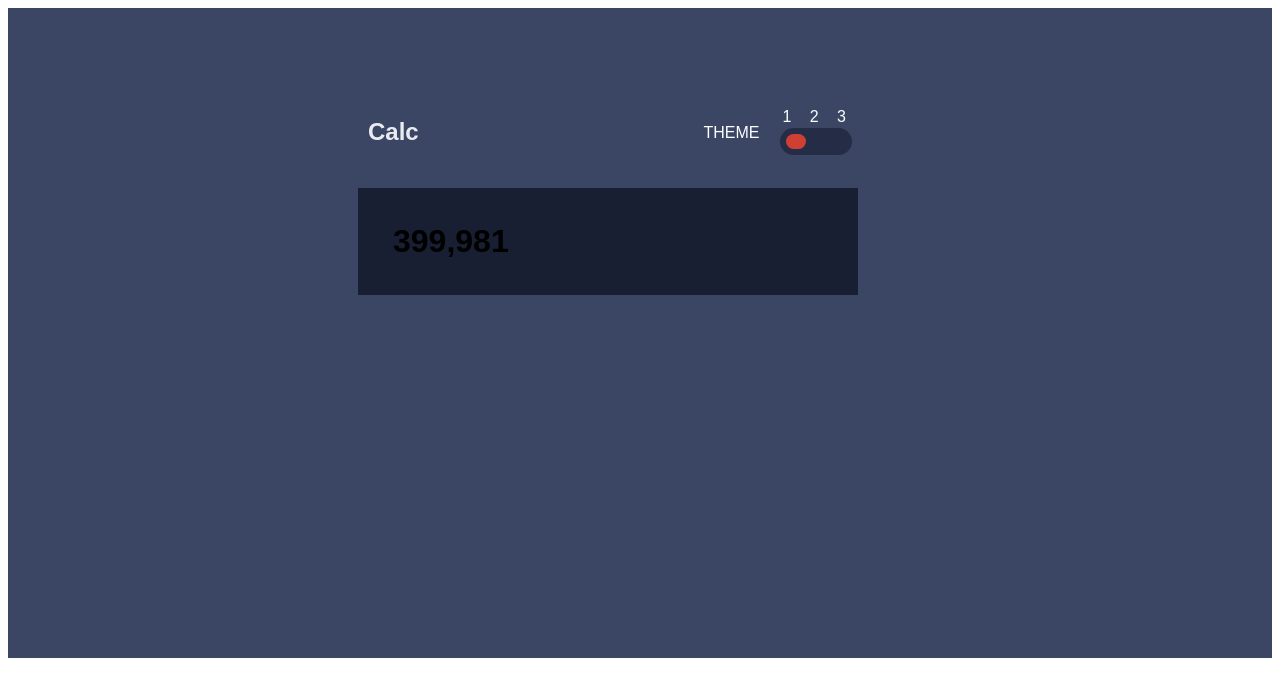
Repository: Bakyproit/Calcutor
Page: SimpleCalculatorApp.html
These files come from the project's save history. The page is drawn as it stood at one moment and after the next save; the edit follows.
The browser window is 1280 px wide. The pictures show the whole page.

Above is the page before, as saved 2022-02-09 16:08:18.

### SimpleCalculatorApp.html
<!DOCTYPE html>
<html lang="en">
<head>
    <meta charset="UTF-8">
    <meta http-equiv="X-UA-Compatible" content="IE=edge">
    <meta name="viewport" content="width=device-width, initial-scale=1.0">
    <title>SimpleCalculatorApp</title>
    <link rel="stylesheet" href="asset/App.css">
    <link rel="stylesheet" href="asset/grid.css">
</head>
<body>
    <div class="container">
        <div class="app">
            <div class="app__title">
                <h1 class="app__title-name">Calc</h1>
                <div class="app__title-theme">
                    <p class="app__title-theme-name">THEME</p>
                    <div class="app__title-theme-box">
                        <div class="app__title-theme-box-number">
                            <span class="app__title-theme-box-number-1">1</span>
                            <span class="app__title-theme-box-number-2">2</span>
                            <span class="app__title-theme-box-number-3">3</span>
                        </div>
                        <div class="app__title-theme-box-toggle">
                            <label for="toggle-input" class="toggle">
                                <input type="checkbox" id="toggle-input" class="toggle__checkbox">
                                <div class="toggle__bar">
                                    <div class="toggle__spin"></div>
                                </div>
                            </label>
                        </div>
                    </div>
                </div>
            </div>

            <div class="app__content">
                <h1 class="app__content-number">399,981</h1>
            </div>
        </div>
    </div>
</body>
</html>

### asset/App.css
html{
    font-family:Arial, Helvetica, sans-serif ;
    box-sizing: border-box;
    padding: 0 ;
    margin: 0;
}
h1{
    margin: 0;
}

.container{
    height: 650px;
    width: 100%;
    background-color: #3b4664;
    position: relative;
}
.app{
    width: 500px;
    position:absolute ;
    top:100px ;
    left:350px;

}
.app__title{
    display: flex;
    justify-content:space-between;

}
.app__title-name{
    color : #e9ebf0 ;
    font-size: 24px;
    padding: 10px;
}
.app__title-theme{
    display: flex;
}
.app__title-theme-name{
    color :20px ;
    color:#fcfeff ;
    margin-right: 16px;
}
.app__title-theme-box{
    display: flex;
    flex-direction: column;
    padding-right: 5px;
}
.app__title-theme-box-number{
    color : #f8ffff ;
}
.app__title-theme-box-number-1{
    padding: 0 7px;
}
.app__title-theme-box-number-2{
    padding: 0 7px;

}
.app__title-theme-box-number-3{
    padding: 0 7px;

}
.app__title-theme-box-toggle{
    padding-top: 2px;
    padding-left: 5px;
}
.toggle__checkbox{
    display: none;
}
.toggle__bar{
    width: 60px;
    height: 15px;
    background-color: #252c46;
    border-radius: 5rem;
    /* transition: background-color 4s linear; */
    padding: 6px;
}
.toggle__spin{
    width: 20px;
    height: 15px;
    background-color: #cf3f34;
    border-radius: 3rem;
    transition: transform .3s linear;
}
.toggle__checkbox:checked ~ .toggle__bar{
    background-color: #a2aac6;
}
.toggle__checkbox:checked + .toggle__bar .toggle__spin {
    transform: translateX(2.5rem);
}


.app__content{
    background-color: #181f32;
    margin:30px 0;
}
.app__content-number{
    padding: 35px  35px ;
}

### asset/grid.css
.grid {
    width: 100%;
    display: block;
    padding: 0;

}

.grid.wide {
    max-width: 1200px;
    margin: 0 auto;
}

.row {
    display: flex;
    flex-wrap: wrap;
    margin-left: -4px;
    margin-right: -4px;
}

.row.no-gutters {
    margin-left: 0;
    margin-right: 0;
}

.col {
    padding-left: 4px;
    padding-right: 4px;
}

.row.no-gutters .col {
    padding-left: 0;
    padding-right: 0;
}

.c-0 {
    display: none;
}

.c-1 {
    flex: 0 0 8.33333%;
    max-width: 8.33333%;
}

.c-2 {
    flex: 0 0 16.66667%;
    max-width: 16.66667%;
}

.c-3 {
    flex: 0 0 25%;
    max-width: 25%;
}

.c-4 {
    flex: 0 0 33.33333%;
    max-width: 33.33333%;
}

.c-5 {
    flex: 0 0 41.66667%;
    max-width: 41.66667%;
}

.c-6 {
    flex: 0 0 50%;
    max-width: 50%;
}

.c-7 {
    flex: 0 0 58.33333%;
    max-width: 58.33333%;
}

.c-8 {
    flex: 0 0 66.66667%;
    max-width: 66.66667%;
}

.c-9 {
    flex: 0 0 75%;
    max-width: 75%;
}

.c-10 {
    flex: 0 0 83.33333%;
    max-width: 83.33333%;
}

.c-11 {
    flex: 0 0 91.66667%;
    max-width: 91.66667%;
}

.c-12 {
    flex: 0 0 100%;
    max-width: 100%;
}

.c-o-1 {
    margin-left: 8.33333%;
}

.c-o-2 {
    margin-left: 16.66667%;
}

.c-o-3 {
    margin-left: 25%;
}

.c-o-4 {
    margin-left: 33.33333%;
}

.c-o-5 {
    margin-left: 41.66667%;
}

.c-o-6 {
    margin-left: 50%;
}

.c-o-7 {
    margin-left: 58.33333%;
}

.c-o-8 {
    margin-left: 66.66667%;
}

.c-o-9 {
    margin-left: 75%;
}

.c-o-10 {
    margin-left: 83.33333%;
}

.c-o-11 {
    margin-left: 91.66667%;
}

/* >= Tablet */
@media (min-width: 740px) {
    .row {
        margin-left: -8px;
        margin-right: -8px;
    }

    .col {
        padding-left: 8px;
        padding-right: 8px;
    }

    .m-0 {
        display: none;
    }

    .m-1,
    .m-2,
    .m-3,
    .m-4,
    .m-5,
    .m-6,
    .m-7,
    .m-8,
    .m-9,
    .m-10,
    .m-11,
    .m-12 {
        display: block;
    }

    .m-1 {
        flex: 0 0 8.33333%;
        max-width: 8.33333%;
    }

    .m-2 {
        flex: 0 0 16.66667%;
        max-width: 16.66667%;
    }

    .m-3 {
        flex: 0 0 25%;
        max-width: 25%;
    }

    .m-4 {
        flex: 0 0 33.33333%;
        max-width: 33.33333%;
    }

    .m-5 {
        flex: 0 0 41.66667%;
        max-width: 41.66667%;
    }

    .m-6 {
        flex: 0 0 50%;
        max-width: 50%;
    }

    .m-7 {
        flex: 0 0 58.33333%;
        max-width: 58.33333%;
    }

    .m-8 {
        flex: 0 0 66.66667%;
        max-width: 66.66667%;
    }

    .m-9 {
        flex: 0 0 75%;
        max-width: 75%;
    }

    .m-10 {
        flex: 0 0 83.33333%;
        max-width: 83.33333%;
    }

    .m-11 {
        flex: 0 0 91.66667%;
        max-width: 91.66667%;
    }

    .m-12 {
        flex: 0 0 100%;
        max-width: 100%;
    }

    .m-o-1 {
        margin-left: 8.33333%;
    }

    .m-o-2 {
        margin-left: 16.66667%;
    }

    .m-o-3 {
        margin-left: 25%;
    }

    .m-o-4 {
        margin-left: 33.33333%;
    }

    .m-o-5 {
        margin-left: 41.66667%;
    }

    .m-o-6 {
        margin-left: 50%;
    }

    .m-o-7 {
        margin-left: 58.33333%;
    }

    .m-o-8 {
        margin-left: 66.66667%;
    }

    .m-o-9 {
        margin-left: 75%;
    }

    .m-o-10 {
        margin-left: 83.33333%;
    }

    .m-o-11 {
        margin-left: 91.66667%;
    }
}

/* PC medium resolution > */
@media (min-width: 1113px) {
    .row {
        margin-left: -6px;
        margin-right: -6px;
    }

    .row.sm-gutter {
        margin-left: -5px;
        margin-right: -5px;
    }

    .col {
        padding-left: 6px;
        padding-right: 6px;
    }

    .row.sm-gutter .col {
        padding-left: 5px;
        padding-right: 5px;
    }

    .l-0 {
        display: none;
    }

    .l-1,
    .l-2,
    .l-2-4,
    .l-3,
    .l-4,
    .l-5,
    .l-6,
    .l-7,
    .l-8,
    .l-9,
    .l-10,
    .l-11,
    .l-12 {
        display: block;
    }

    .l-1 {
        flex: 0 0 8.33333%;
        max-width: 8.33333%;
    }

    .l-2 {
        flex: 0 0 16.66667%;
        max-width: 16.66667%;
    }

    .l-2-4 {
        flex: 0 0 20%;
        max-width: 20%;
    }

    .l-3 {
        flex: 0 0 25%;
        max-width: 25%;
    }

    .l-4 {
        flex: 0 0 33.33333%;
        max-width: 33.33333%;
    }

    .l-5 {
        flex: 0 0 41.66667%;
        max-width: 41.66667%;
    }

    .l-6 {
        flex: 0 0 50%;
        max-width: 50%;
    }

    .l-7 {
        flex: 0 0 58.33333%;
        max-width: 58.33333%;
    }

    .l-8 {
        flex: 0 0 66.66667%;
        max-width: 66.66667%;
    }

    .l-9 {
        flex: 0 0 75%;
        max-width: 75%;
    }

    .l-10 {
        flex: 0 0 83.33333%;
        max-width: 83.33333%;
    }

    .l-11 {
        flex: 0 0 91.66667%;
        max-width: 91.66667%;
    }

    .l-12 {
        flex: 0 0 100%;
        max-width: 100%;
    }

    .l-o-1 {
        margin-left: 8.33333%;
    }

    .l-o-2 {
        margin-left: 16.66667%;
    }

    .l-o-3 {
        margin-left: 25%;
    }

    .l-o-4 {
        margin-left: 33.33333%;
    }

    .l-o-5 {
        margin-left: 41.66667%;
    }

    .l-o-6 {
        margin-left: 50%;
    }

    .l-o-7 {
        margin-left: 58.33333%;
    }

    .l-o-8 {
        margin-left: 66.66667%;
    }

    .l-o-9 {
        margin-left: 75%;
    }

    .l-o-10 {
        margin-left: 83.33333%;
    }

    .l-o-11 {
        margin-left: 91.66667%;
    }
}

/* Tablet - PC low resolution */
@media (min-width: 740px) and (max-width: 1023px) {
    .wide {
        width: 644px;
    }
}

/* > PC low resolution */
@media (min-width: 1024px) and (max-width: 1239px) {
    .wide {
        width: 984px;
    }

    .wide .row {
        margin-left: -12px;
        margin-right: -12px;
    }

    .wide .row.sm-gutter {
        margin-left: -5px;
        margin-right: -5px;
    }

    .wide .col {
        padding-left: 12px;
        padding-right: 12px;
    }

    .wide .row.sm-gutter .col {
        padding-left: 5px;
        padding-right: 5px;
    }

    .wide .l-0 {
        display: none;
    }

    .wide .l-1,
    .wide .l-2,
    .wide .l-2-4,
    .wide .l-3,
    .wide .l-4,
    .wide .l-5,
    .wide .l-6,
    .wide .l-7,
    .wide .l-8,
    .wide .l-9,
    .wide .l-10,
    .wide .l-11,
    .wide .l-12 {
        display: block;
    }

    .wide .l-1 {
        flex: 0 0 8.33333%;
        max-width: 8.33333%;
    }

    .wide .l-2 {
        flex: 0 0 16.66667%;
        max-width: 16.66667%;
    }

    .wide .l-2-4 {
        flex: 0 0 20%;
        max-width: 20%;
    }

    .wide .l-3 {
        flex: 0 0 25%;
        max-width: 25%;
    }

    .wide .l-4 {
        flex: 0 0 33.33333%;
        max-width: 33.33333%;
    }

    .wide .l-5 {
        flex: 0 0 41.66667%;
        max-width: 41.66667%;
    }

    .wide .l-6 {
        flex: 0 0 50%;
        max-width: 50%;
    }

    .wide .l-7 {
        flex: 0 0 58.33333%;
        max-width: 58.33333%;
    }

    .wide .l-8 {
        flex: 0 0 66.66667%;
        max-width: 66.66667%;
    }

    .wide .l-9 {
        flex: 0 0 75%;
        max-width: 75%;
    }

    .wide .l-10 {
        flex: 0 0 83.33333%;
        max-width: 83.33333%;
    }

    .wide .l-11 {
        flex: 0 0 91.66667%;
        max-width: 91.66667%;
    }

    .wide .l-12 {
        flex: 0 0 100%;
        max-width: 100%;
    }

    .wide .l-o-1 {
        margin-left: 8.33333%;
    }

    .wide .l-o-2 {
        margin-left: 16.66667%;
    }

    .wide .l-o-3 {
        margin-left: 25%;
    }

    .wide .l-o-4 {
        margin-left: 33.33333%;
    }

    .wide .l-o-5 {
        margin-left: 41.66667%;
    }

    .wide .l-o-6 {
        margin-left: 50%;
    }

    .wide .l-o-7 {
        margin-left: 58.33333%;
    }

    .wide .l-o-8 {
        margin-left: 66.66667%;
    }

    .wide .l-o-9 {
        margin-left: 75%;
    }

    .wide .l-o-10 {
        margin-left: 83.33333%;
    }

    .wide .l-o-11 {
        margin-left: 91.66667%;
    }
}

After the next save:
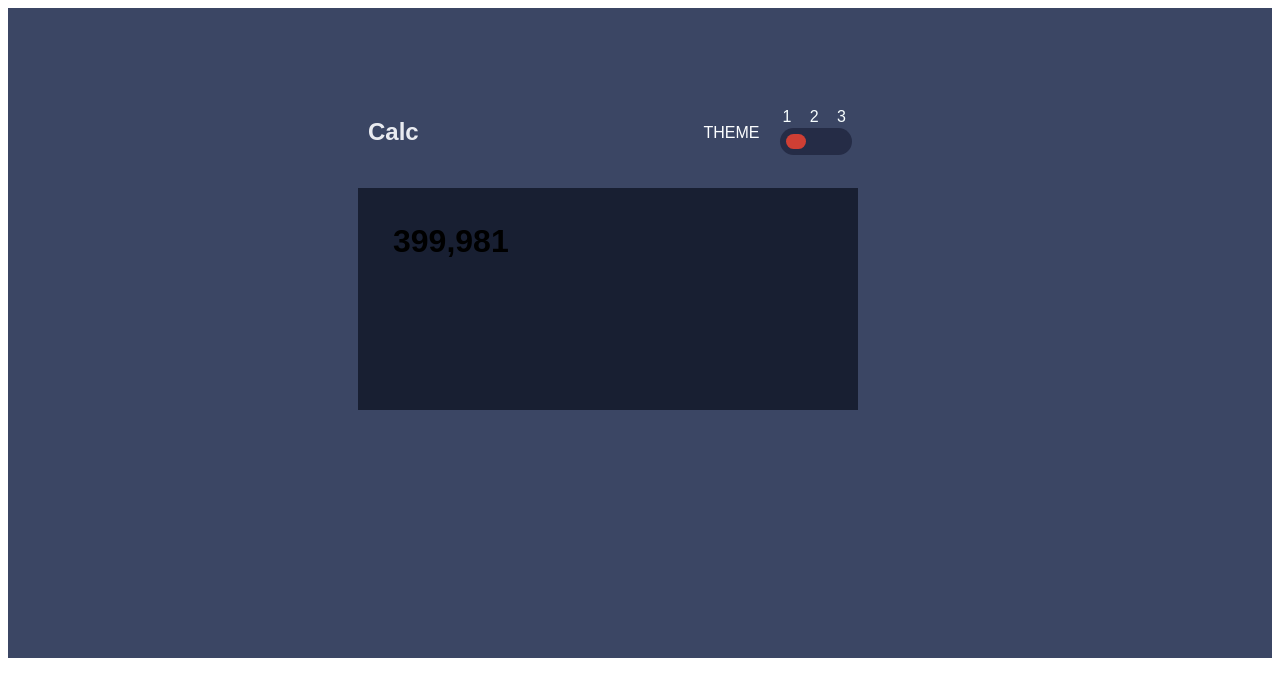
Saved 5 s later.
--- a/asset/App.css
+++ b/asset/App.css
@@ -93,5 +93,5 @@
     margin:30px 0;
 }
 .app__content-number{
-    padding: 35px  35px ;
+    padding: 35px  35px 150px;
 }

After the 2 saves that followed:
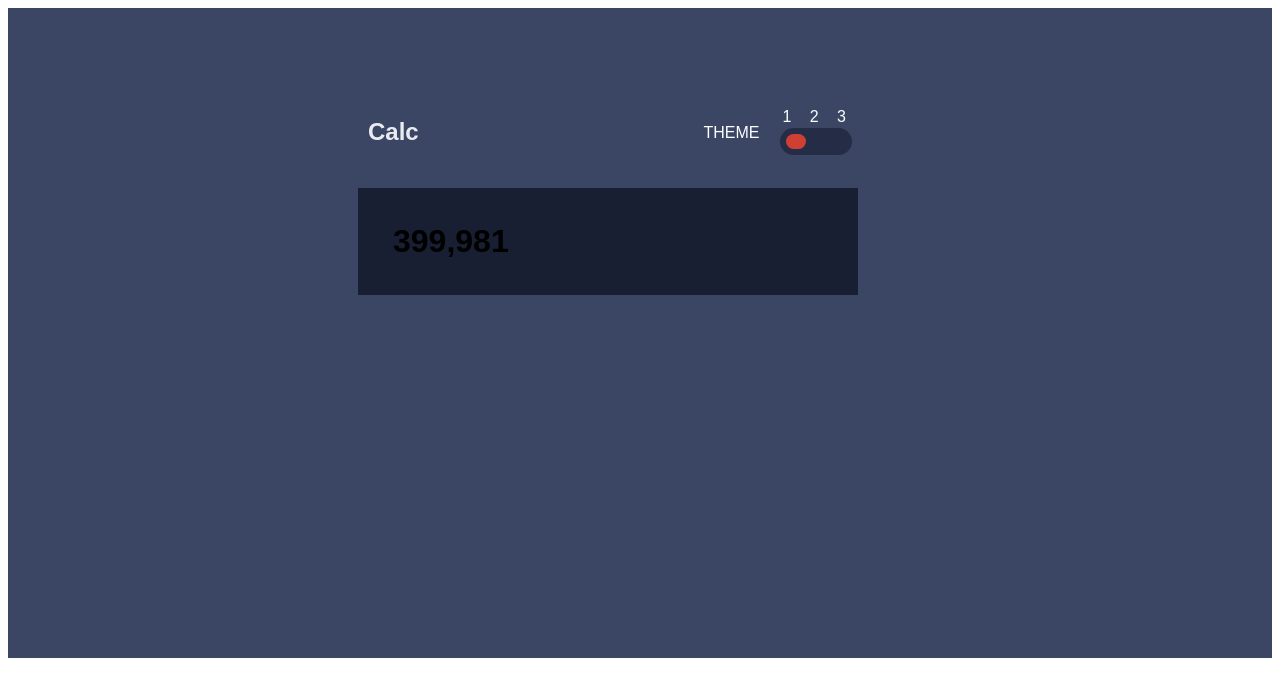
The 2 saves are shown as one change because 1 left the picture as it was.
The last was saved 11 s later.
--- a/asset/App.css
+++ b/asset/App.css
@@ -93,5 +93,5 @@
     margin:30px 0;
 }
 .app__content-number{
-    padding: 35px  35px 150px;
+    padding: 35px 35px 35px;
 }
